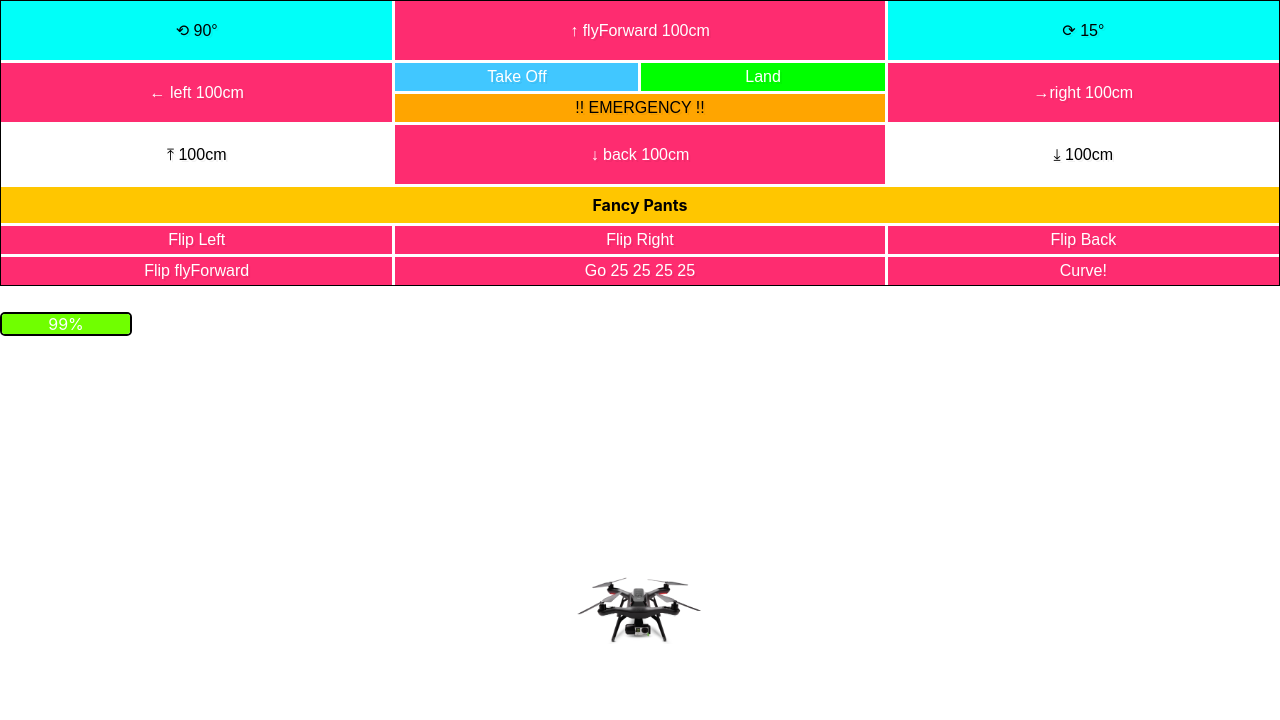
Repository: JivkoJelev91/Drone-Simulator
Page: /
These files come from the project's save history. The page is drawn as it stood at one moment and after the next save; the edit follows.
The browser window is 1280 px wide. The pictures show the whole page.
The project was rebuilt for these pictures with package versions that can differ from the ones it lists, and the page was loaded fresh each time.

Above is the page before, as saved 2018-12-21 11:52:01.

After the next save:
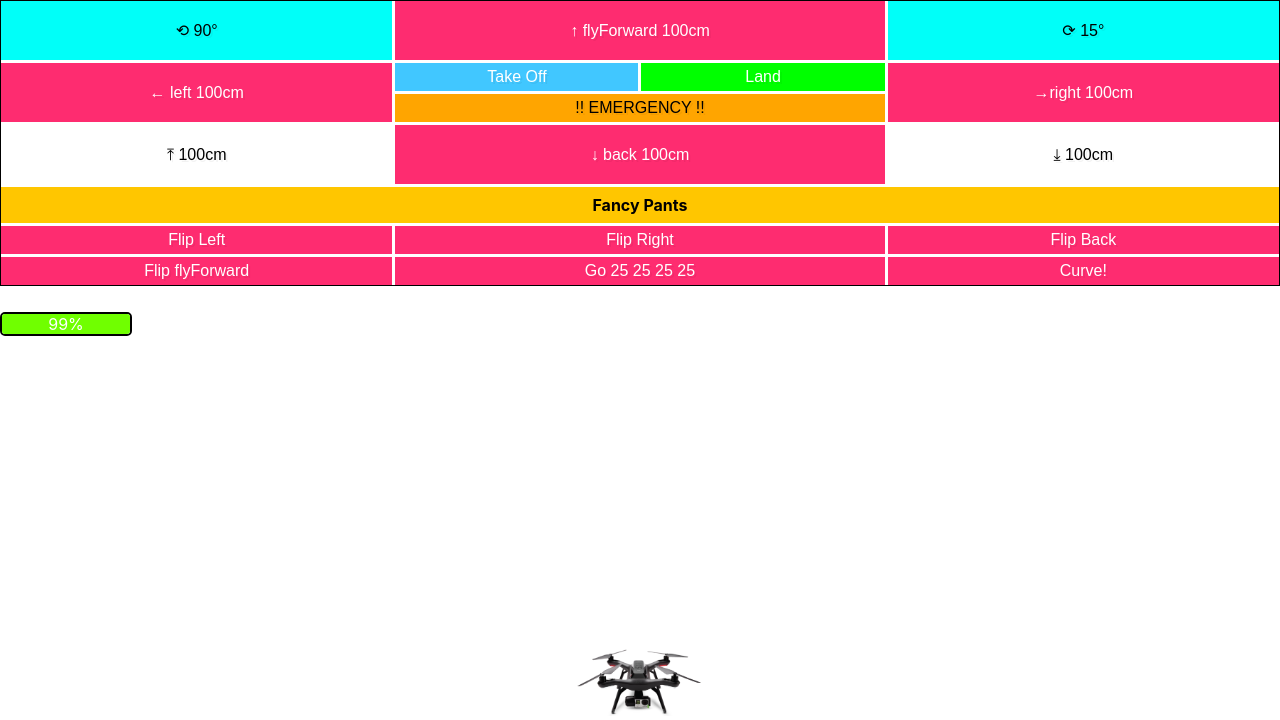
Saved 52 s later.
--- a/src/Buttons/Drone.js
+++ b/src/Buttons/Drone.js
@@ -8,7 +8,7 @@
   render() {
     console.log(this.props.state.forward);
     const styles ={
-      bottom: `10%`,
+      bottom: `${this.props.state.forward}%`,
       transition: `bottom 2s ease-in`,
     }
     return (
